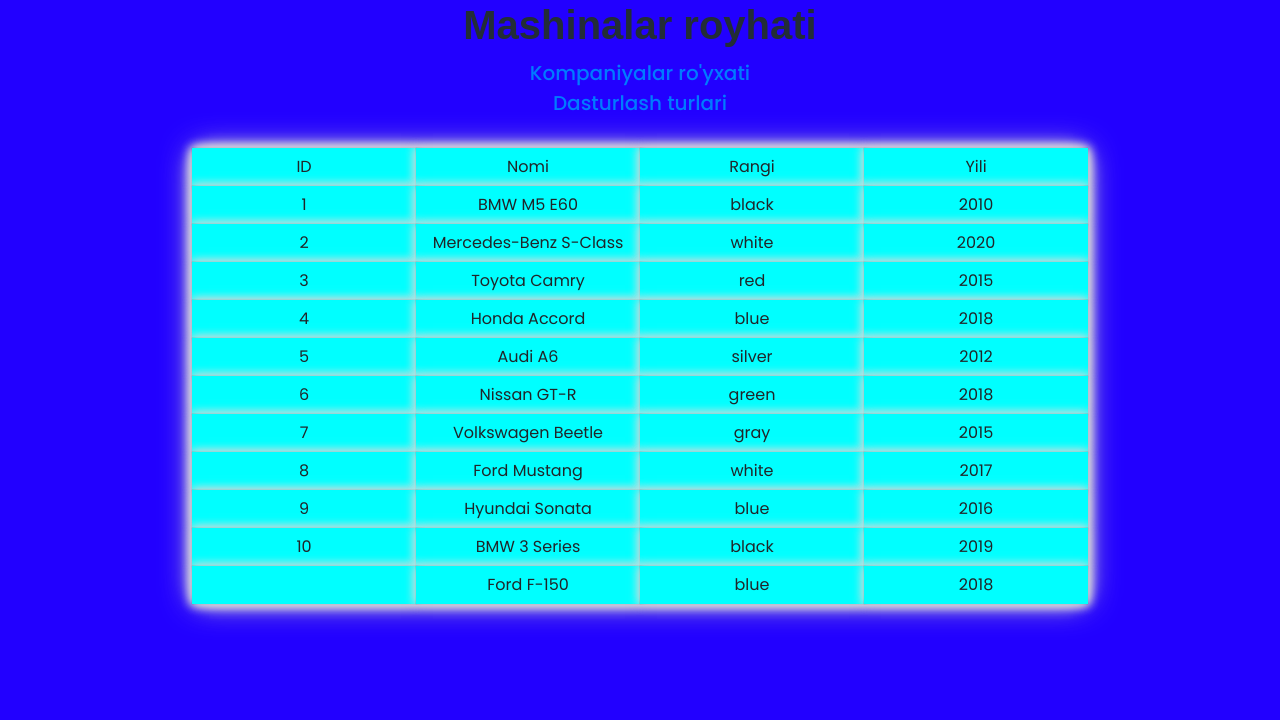
Repository: maqsudov0371/vazifa
Page: http://localhost/
An editor plug-in stored every save of this project. The page is shown before and after a run of saves, followed by the edit.
The browser window is 1280 px wide. The pictures show the whole page.
Some web fonts or font styles are not loaded; a fallback is used. The page is served by the project's application, run on Django 5.2 (manage.py). Other server files are loaded and not shown.

Above is the page before, as saved 2024-07-19 10:48:07.

### templates/blog.html
<!doctype html>
<html lang="en">
<head>
    <meta charset="UTF-8">
    <meta name="viewport"
          content="width=device-width, user-scalable=no, initial-scale=1.0, maximum-scale=1.0, minimum-scale=1.0">
    <meta http-equiv="X-UA-Compatible" content="ie=edge">
    <title>MY LISTS</title>
    <link rel="stylesheet" href="style.css">

    <style>

/* Cascading style sheets */
body{
    background: rgb(34, 0, 255);
}

div{
    color: black;
    font-size: 20px;
    text-align: center;
}



table{
    width:50%;
    margin: 20px auto;

}
td{
    width: 20%;
    margin: 30px auto;
    background-color: aqua;
    text-align: center;
    padding: 7px;
    box-shadow: 0px 0px 10px silver, 0px 0px 10px white, 0px 0px 1px black;
}


table{
    width: 70%;
    margin: 30px auto;
    background-color: aqua;
    text-align: center;
    padding: 25px;
    border-radius: 15px;
    box-shadow: 0 0 30px silver, 0 0 15px white;
}

input{
    height: 25px;
    margin: 15px;
}

    </style>


</head>
<body>
    <div class="register">
        <h1>{{ list }}</h1>
        <ul class="navbar-nav mx-auto">
            <li class="navbar-nav mx-auto">
                <a href="http://127.0.0.1:8000/register/">Kompaniyalar ro'yxati</a>
            </li>
            <li class="nav-item">
                <a href="http://127.0.0.1:8000/blog-detail/3/">Dasturlash turlari</a>
            </li>
        </ul>
    </div>

<table >
    <thead>
        <tr>
            <td>ID</td>
            <td>Nomi</td>
            <td>Rangi</td>
            <td>Yili</td>
        </tr>
    </thead>
    <tbody>
        {% for car in cars %}
    <tr>
        <td>{{ car.id }}</td>
        <td>{{ car.name }}</td>
        <td>{{ car.color }}</td>
        <td>{{ car.year }}</td>
    </tr>
    {% endfor %}
    </tbody>
</table>
<br>
<br>




</body>
</html>

### main/views.py
from django.shortcuts import render


def blogs(request):
    cars = [
        {'id': 1 ,'name': 'BMW M5 E60', 'color': 'black', 'year': '2010'},
        {'id': 2, 'name': 'Mercedes-Benz S-Class', 'color': 'white', 'year': '2020'},
        {'id': 3, 'name': 'Toyota Camry', 'color': 'red', 'year': '2015'},
        {'id': 4, 'name': 'Honda Accord', 'color': 'blue', 'year': '2018'},
        {'id': 5, 'name': 'Audi A6', 'color': 'silver', 'year': '2012'},
        {'id': 6, 'name': 'Nissan GT-R', 'color': 'green', 'year': '2018'},
        {'id': 7, 'name': 'Volkswagen Beetle', 'color': 'gray', 'year': '2015'},
        {'id': 8, 'name': 'Ford Mustang', 'color': 'white', 'year': '2017'},
        {'id': 9, 'name': 'Hyundai Sonata', 'color': 'blue', 'year': '2016'},
        {'id': 10, 'name': 'BMW 3 Series', 'color': 'black', 'year': '2019'},
        {'name': 'Ford F-150', 'color': 'blue', 'year': '2018'},

        ]
    context = {
        'list':'Mashinalar royhati',
        'cars': cars
    }
    return render(request, 'blog.html', context)


def register(request):
    companys = [
        {'id': 1, 'name': 'Tesla', 'year': '2003', 'popular': 'cars'},
        {'id': 2, 'name': 'Google', 'year': '1998', 'popular': 'search engine'},
        {'id': 3, 'name': 'Facebook', 'year': '2004', 'popular': 'social media'},
        {'id': 4, 'name': 'Instagram', 'year': '2010', 'popular': 'photo sharing'},
        {'id': 5, 'name': 'Amazon', 'year': '1994', 'popular': 'e-commerce'},
        {'id': 6, 'name': 'Netflix', 'year': '1997', 'popular': 'movies'},
        {'id': 7, 'name': 'YouTube', 'year': '2005', 'popular': 'video sharing'},
        {'id': 8, 'name': 'Apple', 'year': '2009', 'popular': 'phone'},
        {'id': 9, 'name': 'Microsoft', 'year': '1975', 'popular': 'software'},
        {'id': 10, 'name': 'Twitter', 'year': '2006', 'popular': 'social media'},
        {'id': 11, 'name': 'Pinterest', 'year': '2010', 'popular': 'social media'},


    ]
    context = {
        'list2':'Kompaniyalar royxati',
        'companys': companys
    }
    return render(request, 'register.html', context)


def comment_create(request):
    context = {
        'list3':'Dasturlash turlari'
    }
    return render(request, 'login.html', context)

### Blog/urls.py
"""
URL configuration for Blog project.

The `urlpatterns` list routes URLs to views. For more information please see:
    https://docs.djangoproject.com/en/5.0/topics/http/urls/
Examples:
Function views
    1. Add an import:  from my_app import views
    2. Add a URL to urlpatterns:  path('', views.home, name='home')
Class-based views
    1. Add an import:  from other_app.views import Home
    2. Add a URL to urlpatterns:  path('', Home.as_view(), name='home')
Including another URLconf
    1. Import the include() function: from django.urls import include, path
    2. Add a URL to urlpatterns:  path('blog/', include('blog.urls'))
"""
from django.contrib import admin
from django.urls import path, include
from django.conf.urls.static import static
from django.conf import settings

urlpatterns = [
    path('admin/', admin.site.urls),
    path('', include('main.urls'))
]+static(settings.MEDIA_URL, document_root=settings.MEDIA_ROOT)

### main/urls.py
from django.urls import path, include
from . import views

urlpatterns = [
    path('', views.blogs, name='index'),
    path('register/', views.register, name='register'),
    path('comment/create/', views.comment_create, name='comment_create'),
]

### static/css/others/pe-icon-7-stroke.css
@font-face {
	font-family: 'Pe-icon-7-stroke';
	src:url('../../fonts/Pe-icon-7-stroke.eot?d7yf1v');
	src:url('../../fonts/Pe-icon-7-stroke.eot?#iefixd7yf1v') format('embedded-opentype'),
		url('../../fonts/Pe-icon-7-stroke.woff?d7yf1v') format('woff'),
		url('../../fonts/Pe-icon-7-stroke.ttf?d7yf1v') format('truetype'),
		url('../../fonts/Pe-icon-7-stroke.svg?d7yf1v#Pe-icon-7-stroke') format('svg');
	font-weight: normal;
	font-style: normal;
}

[class^="pe-7s-"], [class*=" pe-7s-"] {
	display: inline-block;
	font-family: 'Pe-icon-7-stroke';
	speak: none;
	font-style: normal;
	font-weight: normal;
	font-variant: normal;
	text-transform: none;
	line-height: 1;

	/* Better Font Rendering =========== */
	-webkit-font-smoothing: antialiased;
	-moz-osx-font-smoothing: grayscale;
}

.pe-7s-album:before {
	content: "\e6aa";
}
.pe-7s-arc:before {
	content: "\e6ab";
}
.pe-7s-back-2:before {
	content: "\e6ac";
}
.pe-7s-bandaid:before {
	content: "\e6ad";
}
.pe-7s-car:before {
	content: "\e6ae";
}
.pe-7s-diamond:before {
	content: "\e6af";
}
.pe-7s-door-lock:before {
	content: "\e6b0";
}
.pe-7s-eyedropper:before {
	content: "\e6b1";
}
.pe-7s-female:before {
	content: "\e6b2";
}
.pe-7s-gym:before {
	content: "\e6b3";
}
.pe-7s-hammer:before {
	content: "\e6b4";
}
.pe-7s-headphones:before {
	content: "\e6b5";
}
.pe-7s-helm:before {
	content: "\e6b6";
}
.pe-7s-hourglass:before {
	content: "\e6b7";
}
.pe-7s-leaf:before {
	content: "\e6b8";
}
.pe-7s-magic-wand:before {
	content: "\e6b9";
}
.pe-7s-male:before {
	content: "\e6ba";
}
.pe-7s-map-2:before {
	content: "\e6bb";
}
.pe-7s-next-2:before {
	content: "\e6bc";
}
.pe-7s-paint-bucket:before {
	content: "\e6bd";
}
.pe-7s-pendrive:before {
	content: "\e6be";
}
.pe-7s-photo:before {
	content: "\e6bf";
}
.pe-7s-piggy:before {
	content: "\e6c0";
}
.pe-7s-plugin:before {
	content: "\e6c1";
}
.pe-7s-refresh-2:before {
	content: "\e6c2";
}
.pe-7s-rocket:before {
	content: "\e6c3";
}
.pe-7s-settings:before {
	content: "\e6c4";
}
.pe-7s-shield:before {
	content: "\e6c5";
}
.pe-7s-smile:before {
	content: "\e6c6";
}
.pe-7s-usb:before {
	content: "\e6c7";
}
.pe-7s-vector:before {
	content: "\e6c8";
}
.pe-7s-wine:before {
	content: "\e6c9";
}
.pe-7s-cloud-upload:before {
	content: "\e68a";
}
.pe-7s-cash:before {
	content: "\e68c";
}
.pe-7s-close:before {
	content: "\e680";
}
.pe-7s-bluetooth:before {
	content: "\e68d";
}
.pe-7s-cloud-download:before {
	content: "\e68b";
}
.pe-7s-way:before {
	content: "\e68e";
}
.pe-7s-close-circle:before {
	content: "\e681";
}
.pe-7s-id:before {
	content: "\e68f";
}
.pe-7s-angle-up:before {
	content: "\e682";
}
.pe-7s-wristwatch:before {
	content: "\e690";
}
.pe-7s-angle-up-circle:before {
	content: "\e683";
}
.pe-7s-world:before {
	content: "\e691";
}
.pe-7s-angle-right:before {
	content: "\e684";
}
.pe-7s-volume:before {
	content: "\e692";
}
.pe-7s-angle-right-circle:before {
	content: "\e685";
}
.pe-7s-users:before {
	content: "\e693";
}
.pe-7s-angle-left:before {
	content: "\e686";
}
.pe-7s-user-female:before {
	content: "\e694";
}
.pe-7s-angle-left-circle:before {
	content: "\e687";
}
.pe-7s-up-arrow:before {
	content: "\e695";
}
.pe-7s-angle-down:before {
	content: "\e688";
}
.pe-7s-switch:before {
	content: "\e696";
}
.pe-7s-angle-down-circle:before {
	content: "\e689";
}
.pe-7s-scissors:before {
	content: "\e697";
}
.pe-7s-wallet:before {
	content: "\e600";
}
.pe-7s-safe:before {
	content: "\e698";
}
.pe-7s-volume2:before {
	content: "\e601";
}
.pe-7s-volume1:before {
	content: "\e602";
}
.pe-7s-voicemail:before {
	content: "\e603";
}
.pe-7s-video:before {
	content: "\e604";
}
.pe-7s-user:before {
	content: "\e605";
}
.pe-7s-upload:before {
	content: "\e606";
}
.pe-7s-unlock:before {
	content: "\e607";
}
.pe-7s-umbrella:before {
	content: "\e608";
}
.pe-7s-trash:before {
	content: "\e609";
}
.pe-7s-tools:before {
	content: "\e60a";
}
.pe-7s-timer:before {
	content: "\e60b";
}
.pe-7s-ticket:before {
	content: "\e60c";
}
.pe-7s-target:before {
	content: "\e60d";
}
.pe-7s-sun:before {
	content: "\e60e";
}
.pe-7s-study:before {
	content: "\e60f";
}
.pe-7s-stopwatch:before {
	content: "\e610";
}
.pe-7s-star:before {
	content: "\e611";
}
.pe-7s-speaker:before {
	content: "\e612";
}
.pe-7s-signal:before {
	content: "\e613";
}
.pe-7s-shuffle:before {
	content: "\e614";
}
.pe-7s-shopbag:before {
	content: "\e615";
}
.pe-7s-share:before {
	content: "\e616";
}
.pe-7s-server:before {
	content: "\e617";
}
.pe-7s-search:before {
	content: "\e618";
}
.pe-7s-film:before {
	content: "\e6a5";
}
.pe-7s-science:before {
	content: "\e619";
}
.pe-7s-disk:before {
	content: "\e6a6";
}
.pe-7s-ribbon:before {
	content: "\e61a";
}
.pe-7s-repeat:before {
	content: "\e61b";
}
.pe-7s-refresh:before {
	content: "\e61c";
}
.pe-7s-add-user:before {
	content: "\e6a9";
}
.pe-7s-refresh-cloud:before {
	content: "\e61d";
}
.pe-7s-paperclip:before {
	content: "\e69c";
}
.pe-7s-radio:before {
	content: "\e61e";
}
.pe-7s-note2:before {
	content: "\e69d";
}
.pe-7s-print:before {
	content: "\e61f";
}
.pe-7s-network:before {
	content: "\e69e";
}
.pe-7s-prev:before {
	content: "\e620";
}
.pe-7s-mute:before {
	content: "\e69f";
}
.pe-7s-power:before {
	content: "\e621";
}
.pe-7s-medal:before {
	content: "\e6a0";
}
.pe-7s-portfolio:before {
	content: "\e622";
}
.pe-7s-like2:before {
	content: "\e6a1";
}
.pe-7s-plus:before {
	content: "\e623";
}
.pe-7s-left-arrow:before {
	content: "\e6a2";
}
.pe-7s-play:before {
	content: "\e624";
}
.pe-7s-key:before {
	content: "\e6a3";
}
.pe-7s-plane:before {
	content: "\e625";
}
.pe-7s-joy:before {
	content: "\e6a4";
}
.pe-7s-photo-gallery:before {
	content: "\e626";
}
.pe-7s-pin:before {
	content: "\e69b";
}
.pe-7s-phone:before {
	content: "\e627";
}
.pe-7s-plug:before {
	content: "\e69a";
}
.pe-7s-pen:before {
	content: "\e628";
}
.pe-7s-right-arrow:before {
	content: "\e699";
}
.pe-7s-paper-plane:before {
	content: "\e629";
}
.pe-7s-delete-user:before {
	content: "\e6a7";
}
.pe-7s-paint:before {
	content: "\e62a";
}
.pe-7s-bottom-arrow:before {
	content: "\e6a8";
}
.pe-7s-notebook:before {
	content: "\e62b";
}
.pe-7s-note:before {
	content: "\e62c";
}
.pe-7s-next:before {
	content: "\e62d";
}
.pe-7s-news-paper:before {
	content: "\e62e";
}
.pe-7s-musiclist:before {
	content: "\e62f";
}
.pe-7s-music:before {
	content: "\e630";
}
.pe-7s-mouse:before {
	content: "\e631";
}
.pe-7s-more:before {
	content: "\e632";
}
.pe-7s-moon:before {
	content: "\e633";
}
.pe-7s-monitor:before {
	content: "\e634";
}
.pe-7s-micro:before {
	content: "\e635";
}
.pe-7s-menu:before {
	content: "\e636";
}
.pe-7s-map:before {
	content: "\e637";
}
.pe-7s-map-marker:before {
	content: "\e638";
}
.pe-7s-mail:before {
	content: "\e639";
}
.pe-7s-mail-open:before {
	content: "\e63a";
}
.pe-7s-mail-open-file:before {
	content: "\e63b";
}
.pe-7s-magnet:before {
	content: "\e63c";
}
.pe-7s-loop:before {
	content: "\e63d";
}
.pe-7s-look:before {
	content: "\e63e";
}
.pe-7s-lock:before {
	content: "\e63f";
}
.pe-7s-lintern:before {
	content: "\e640";
}
.pe-7s-link:before {
	content: "\e641";
}
.pe-7s-like:before {
	content: "\e642";
}
.pe-7s-light:before {
	content: "\e643";
}
.pe-7s-less:before {
	content: "\e644";
}
.pe-7s-keypad:before {
	content: "\e645";
}
.pe-7s-junk:before {
	content: "\e646";
}
.pe-7s-info:before {
	content: "\e647";
}
.pe-7s-home:before {
	content: "\e648";
}
.pe-7s-help2:before {
	content: "\e649";
}
.pe-7s-help1:before {
	content: "\e64a";
}
.pe-7s-graph3:before {
	content: "\e64b";
}
.pe-7s-graph2:before {
	content: "\e64c";
}
.pe-7s-graph1:before {
	content: "\e64d";
}
.pe-7s-graph:before {
	content: "\e64e";
}
.pe-7s-global:before {
	content: "\e64f";
}
.pe-7s-gleam:before {
	content: "\e650";
}
.pe-7s-glasses:before {
	content: "\e651";
}
.pe-7s-gift:before {
	content: "\e652";
}
.pe-7s-folder:before {
	content: "\e653";
}
.pe-7s-flag:before {
	content: "\e654";
}
.pe-7s-filter:before {
	content: "\e655";
}
.pe-7s-file:before {
	content: "\e656";
}
.pe-7s-expand1:before {
	content: "\e657";
}
.pe-7s-exapnd2:before {
	content: "\e658";
}
.pe-7s-edit:before {
	content: "\e659";
}
.pe-7s-drop:before {
	content: "\e65a";
}
.pe-7s-drawer:before {
	content: "\e65b";
}
.pe-7s-download:before {
	content: "\e65c";
}
.pe-7s-display2:before {
	content: "\e65d";
}
.pe-7s-display1:before {
	content: "\e65e";
}
.pe-7s-diskette:before {
	content: "\e65f";
}
.pe-7s-date:before {
	content: "\e660";
}
.pe-7s-cup:before {
	content: "\e661";
}
.pe-7s-culture:before {
	content: "\e662";
}
.pe-7s-crop:before {
	content: "\e663";
}
.pe-7s-credit:before {
	content: "\e664";
}
.pe-7s-copy-file:before {
	content: "\e665";
}
.pe-7s-config:before {
	content: "\e666";
}
.pe-7s-compass:before {
	content: "\e667";
}
.pe-7s-comment:before {
	content: "\e668";
}
.pe-7s-coffee:before {
	content: "\e669";
}
.pe-7s-cloud:before {
	content: "\e66a";
}
.pe-7s-clock:before {
	content: "\e66b";
}
.pe-7s-check:before {
	content: "\e66c";
}
.pe-7s-chat:before {
	content: "\e66d";
}
.pe-7s-cart:before {
	content: "\e66e";
}
.pe-7s-camera:before {
	content: "\e66f";
}
.pe-7s-call:before {
	content: "\e670";
}
.pe-7s-calculator:before {
	content: "\e671";
}
.pe-7s-browser:before {
	content: "\e672";
}
.pe-7s-box2:before {
	content: "\e673";
}
.pe-7s-box1:before {
	content: "\e674";
}
.pe-7s-bookmarks:before {
	content: "\e675";
}
.pe-7s-bicycle:before {
	content: "\e676";
}
.pe-7s-bell:before {
	content: "\e677";
}
.pe-7s-battery:before {
	content: "\e678";
}
.pe-7s-ball:before {
	content: "\e679";
}
.pe-7s-back:before {
	content: "\e67a";
}
.pe-7s-attention:before {
	content: "\e67b";
}
.pe-7s-anchor:before {
	content: "\e67c";
}
.pe-7s-albums:before {
	content: "\e67d";
}
.pe-7s-alarm:before {
	content: "\e67e";
}
.pe-7s-airplay:before {
	content: "\e67f";
}

Loaded but not shown: static/css/bootstrap/bootstrap.min.css (library); static/css/others/animate.css (library); static/css/others/magnific-popup.css (library); static/css/others/meanmenu.min.css (common file); static/css/others/owl.carousel.min.css (common file); static/css/others/font-awesome.min.css (library); static/style.css (1489 lines, source omitted)

After the next 7 saves:
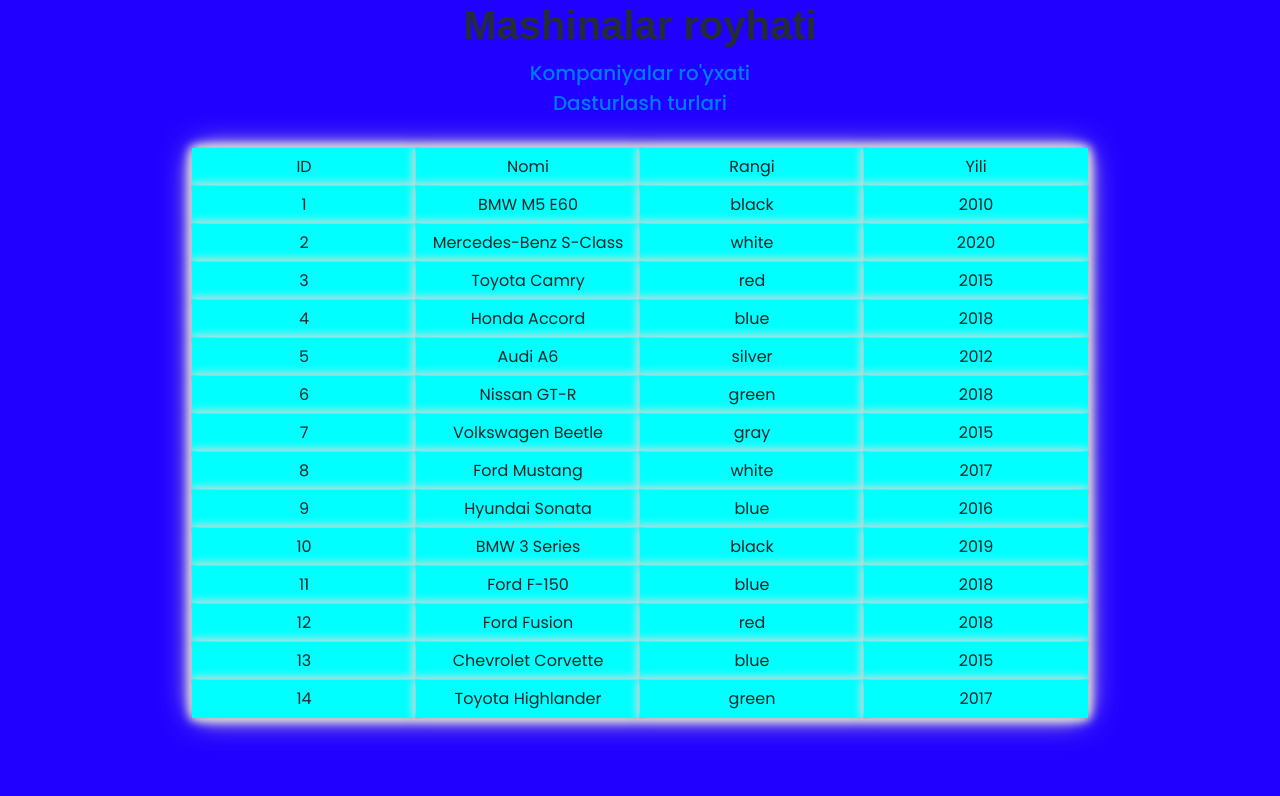
The 7 saves are shown as one change because 1 did not build or start and some came seconds apart.
The last was saved 25 s later.
--- a/main/views.py
+++ b/main/views.py
@@ -13,7 +13,10 @@
         {'id': 8, 'name': 'Ford Mustang', 'color': 'white', 'year': '2017'},
         {'id': 9, 'name': 'Hyundai Sonata', 'color': 'blue', 'year': '2016'},
         {'id': 10, 'name': 'BMW 3 Series', 'color': 'black', 'year': '2019'},
-        {'name': 'Ford F-150', 'color': 'blue', 'year': '2018'},
+        {'id': 11, 'name': 'Ford F-150', 'color': 'blue', 'year': '2018'},
+        {'id': 12, 'name': 'Ford Fusion', 'color': 'red', 'year': '2018'},
+        {'id': 13, 'name': 'Chevrolet Corvette', 'color': 'blue', 'year': '2015'},
+        {'id': 14, 'name': 'Toyota Highlander', 'color': 'green', 'year': '2017'},
 
         ]
     context = {
